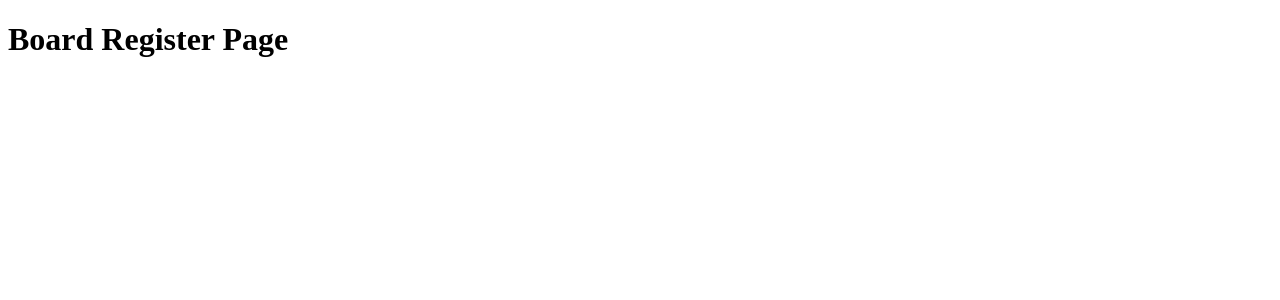
Repository: dtkd19/jsp-jstl_241022
Page: http://localhost/jsp_study/brd/register
These files come from the project's save history. The page is drawn as it stood at one moment and after the next save; the edit follows.
The browser window is 1280 px wide. The pictures show the whole page.
The page is served by Tomcat 9.

Above is the page before, as saved 2024-10-22 05:59:44.

After the next save:
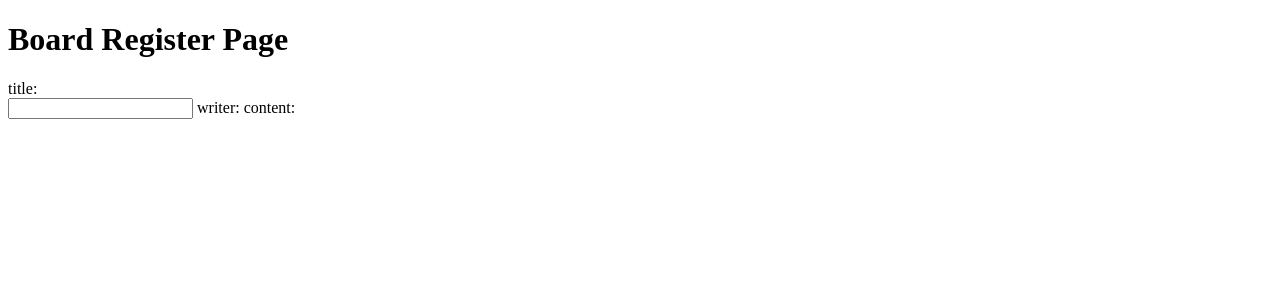
Saved 4 min 51 s later.
--- a/jsp_study/src/main/webapp/board/register.jsp
+++ b/jsp_study/src/main/webapp/board/register.jsp
@@ -8,5 +8,9 @@
 </head>
 <body>
 	<h1>Board Register Page</h1>
+	title: <br>
+	<input type="text" name="title">
+	writer:
+	content:
 </body>
 </html>
